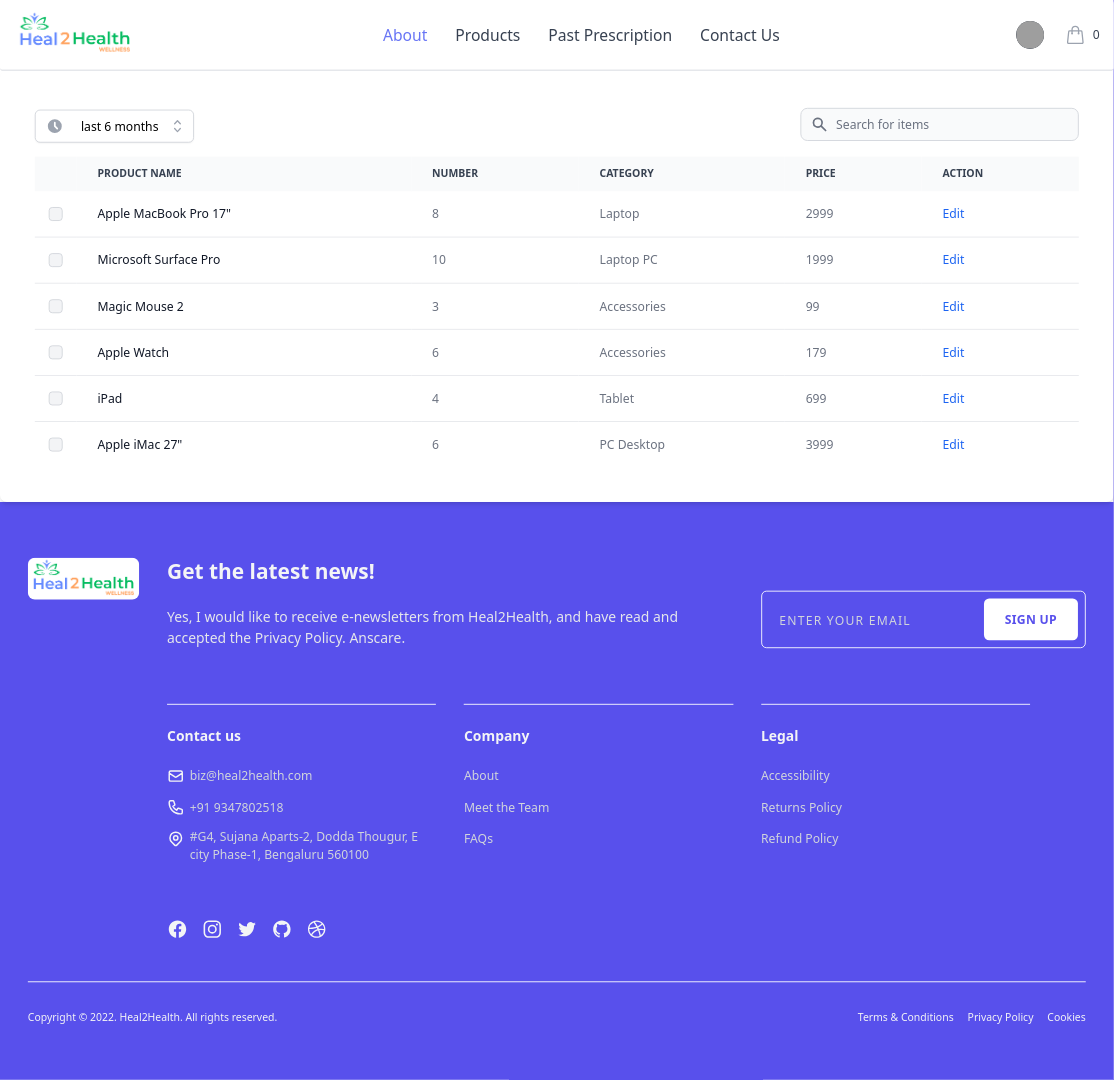
Repository: Akash123-coder/H2H
Page: /PastPrescription (app in Frontend/)
These files come from the project's save history. The page is drawn as it stood at one moment and after the next save; the edit follows.
The browser window is 1280 px wide. The pictures show the whole page, at 87% of full size.
Pictures or frames that could not be fetched are drawn as grey boxes. The project was rebuilt for these pictures with package versions that can differ from the ones it lists, and the page was loaded fresh each time. Also part of the build but not shown: Frontend/vite.config.ts, Frontend/src/pages/About.tsx, Frontend/src/components/Cta.jsx, Frontend/src/pages/Home.jsx, Frontend/src/components/Buttonsm.tsx, Frontend/src/components/Buttonrm.tsx, Frontend/src/components/Product.tsx, Frontend/src/pages/Prescription.jsx and 2 more.

Above is the page before, as saved 2022-09-28 17:19:46.

### Frontend/index.html
<!DOCTYPE html>
<html lang="en">
  <head>
    <meta charset="UTF-8" />
    <link rel="icon" type="image/svg+xml" href="/vite.svg" />
    <meta name="viewport" content="width=device-width, initial-scale=1.0" />
    <title>Heal2Health</title>
  </head>
  <body>
    <div id="root"></div>
    <script type="module" src="/src/main.tsx"></script>
  </body>
</html>

### Frontend/src/main.tsx
import React from 'react'
import ReactDOM from 'react-dom/client'
import App from './App'
import './index.css'
import {BrowserRouter} from 'react-router-dom'

ReactDOM.createRoot(document.getElementById('root') as HTMLElement).render(
  <React.StrictMode>
    <BrowserRouter>
    <App />
    </BrowserRouter>
  </React.StrictMode>
)

### Frontend/src/App.jsx
import { Routes, Route } from "react-router-dom";
import Navbar from "./components/Navbar.jsx";
import { ShoppingCartProvider } from "./context/ShoppingCartContext";
import About from "./pages/About";
import Home from "./pages/Home";
import Prescription from "./pages/Prescription";
import SignUp from "./pages/SignUp";
import Footer from "./components/Footer";
import Login from "./pages/Login";
// import CompanyNameSelect from "./pages/CompanyNameSelect.jsx";
import PastPrescription from "./pages/PastPrescription.jsx";

function App() {
  return (
    <ShoppingCartProvider>
      <Navbar />
      <Routes>
        <Route path="/" element={<Home />} />
        <Route path="/prescription" element={<Prescription />} />
        <Route path="/about" element={<About />} />
        <Route path="/login" element={<Login />} />
        <Route path="/SignUp" element={<SignUp />} />
        <Route path="/PastPrescription" element={<PastPrescription />} />
        {/* <Route path="/SignUp" element={<CompanyNameSelect />} /> */}
      </Routes>
      <Footer />
    </ShoppingCartProvider>
  );
}

export default App;

### Frontend/src/context/ShoppingCartContext.tsx
import {useContext ,useState, createContext ,ReactNode} from 'react'

const ShoppingCartContext = createContext({})

type ShoppingCartProviderProps ={
    children: ReactNode
}
type CartItem = {
    id: number
    quantity:number
}


type ShoppingCartContext ={
    CartQuantity:number
    CartItems:CartItem[]
    getItemQuantity:(id: number) => number
    increaseItemQuantity:(id: number) => void
    decreaseItemQuantity:(id: number) => void
    removeFromCart:(id: number) => void
}

export function useShoppingCart() {
  return ( useContext(ShoppingCartContext)
  )
}

export function ShoppingCartProvider({children}:ShoppingCartProviderProps){
    const [cartItems ,setCartItems] = useState<CartItem>([]);

    const CartQuantity = cartItems.reduce(
        (quantity ,item) => item.quantity + quantity,0
    )

    function getItemQuantity(id : number){
        return cartItems.find( item => item.id === id)?.quantity || 0
    }
    function increaseItemQuantity(id : number){
         setCartItems(currItems =>{
            if(currItems.find(item => item.id === id)==null){
                return [...currItems, {id , quantity : 1}]

            } else {
                return currItems.map(item =>{
                    if(item.id === id ){
                        return {...item ,quantity: item.quantity + 1}
                    }else{
                        return item
                    }
                })
            }
         })
    }
    function decreaseItemQuantity(id: number) {
        setCartItems(currItems => {
          if (currItems.find(item => item.id === id)?.quantity === 1) {
            return currItems.filter(item => item.id !== id)
          } else {
            return currItems.map(item => {
              if (item.id === id) {
                return { ...item, quantity: item.quantity - 1 }
              } else {
                return item
              }
            })
          }
        })
      }
    function removeFromCart(id : number){
        setCartItems(currItems =>{
            return currItems.filter(item =>item.id!==id)
        })
    }
    return (

        <ShoppingCartContext.Provider value = {{getItemQuantity,increaseItemQuantity,decreaseItemQuantity ,removeFromCart,cartItems,CartQuantity}}>
            {children}
        </ShoppingCartContext.Provider>
    )
}

### Frontend/src/pages/PastPrescription.jsx
import React from 'react'
import Select from '../components/Select';

function PastPrescription() {
  return (
    <div>
      <div class="overflow-x-auto relative shadow-md sm:rounded-lg p-10">
        <div class="flex justify-between items-center pb-4">
          <Select/>
          <label for="table-search" class="sr-only">
            Search
          </label>
          <div class="relative">
            <div class="flex absolute inset-y-0 left-0 items-center pl-3 pointer-events-none">
              <svg
                class="w-5 h-5 text-gray-500 dark:text-gray-400"
                aria-hidden="true"
                fill="currentColor"
                viewBox="0 0 20 20"
                xmlns="http://www.w3.org/2000/svg"
              >
                <path
                  fill-rule="evenodd"
                  d="M8 4a4 4 0 100 8 4 4 0 000-8zM2 8a6 6 0 1110.89 3.476l4.817 4.817a1 1 0 01-1.414 1.414l-4.816-4.816A6 6 0 012 8z"
                  clip-rule="evenodd"
                ></path>
              </svg>
            </div>
            <input
              type="text"
              id="table-search"
              class="block p-2 pl-10 w-80 text-sm text-gray-900 bg-gray-50 rounded-lg border border-gray-300 focus:ring-blue-500 focus:border-blue-500 dark:bg-gray-700 dark:border-gray-600 dark:placeholder-gray-400 dark:text-white dark:focus:ring-blue-500 dark:focus:border-blue-500"
              placeholder="Search for items"
            />
          </div>
        </div>
        <table class="w-full text-sm text-left text-gray-500 dark:text-gray-400">
          <thead class="text-xs text-gray-700 uppercase bg-gray-50 dark:bg-gray-700 dark:text-gray-400">
            <tr>
              <th scope="col" class="p-4">
                <div class="flex items-center">

                  <label for="checkbox-all-search" class="sr-only">
                    checkbox
                  </label>
                </div>
              </th>
              <th scope="col" class="py-3 px-6">
                Product name
              </th>
              <th scope="col" class="py-3 px-6">
                Number
              </th>
              <th scope="col" class="py-3 px-6">
                Category
              </th>
              <th scope="col" class="py-3 px-6">
                Price
              </th>
              <th scope="col" class="py-3 px-6">
                Action
              </th>
            </tr>
          </thead>
          <tbody>
            <tr class="bg-white border-b dark:bg-gray-800 dark:border-gray-700 hover:bg-gray-50 dark:hover:bg-gray-600">
              <td class="p-4 w-4">
                <div class="flex items-center">
                  <input
                    id="checkbox-table-search-1"
                    type="checkbox"
                    class="w-4 h-4 text-blue-600 bg-gray-100 rounded border-gray-300 focus:ring-blue-500 dark:focus:ring-blue-600 dark:ring-offset-gray-800 focus:ring-2 dark:bg-gray-700 dark:border-gray-600"
                  />
                  <label for="checkbox-table-search-1" class="sr-only">
                    checkbox
                  </label>
                </div>
              </td>
              <th
                scope="row"
                class="py-4 px-6 font-medium text-gray-900 whitespace-nowrap dark:text-white"
              >
                Apple MacBook Pro 17"
              </th>
              <td class="py-4 px-6">8</td>
              <td class="py-4 px-6">Laptop</td>
              <td class="py-4 px-6">2999</td>
              <td class="py-4 px-6">
                <a
                  href="#"
                  class="font-medium text-blue-600 dark:text-blue-500 hover:underline"
                >
                  Edit
                </a>
              </td>
            </tr>
            <tr class="bg-white border-b dark:bg-gray-800 dark:border-gray-700 hover:bg-gray-50 dark:hover:bg-gray-600">
              <td class="p-4 w-4">
                <div class="flex items-center">
                  <input
                    id="checkbox-table-search-2"
                    type="checkbox"
                    class="w-4 h-4 text-blue-600 bg-gray-100 rounded border-gray-300 focus:ring-blue-500 dark:focus:ring-blue-600 dark:ring-offset-gray-800 focus:ring-2 dark:bg-gray-700 dark:border-gray-600"
                  />
                  <label for="checkbox-table-search-2" class="sr-only">
                    checkbox
                  </label>
                </div>
              </td>
              <th
                scope="row"
                class="py-4 px-6 font-medium text-gray-900 whitespace-nowrap dark:text-white"
              >
                Microsoft Surface Pro
              </th>
              <td class="py-4 px-6">10</td>
              <td class="py-4 px-6">Laptop PC</td>
              <td class="py-4 px-6">1999</td>
              <td class="py-4 px-6">
                <a
                  href="#"
                  class="font-medium text-blue-600 dark:text-blue-500 hover:underline"
                >
                  Edit
                </a>
              </td>
            </tr>
            <tr class="bg-white border-b dark:bg-gray-800 dark:border-gray-700 hover:bg-gray-50 dark:hover:bg-gray-600">
              <td class="p-4 w-4">
                <div class="flex items-center">
                  <input
                    id="checkbox-table-search-3"
                    type="checkbox"
                    class="w-4 h-4 text-blue-600 bg-gray-100 rounded border-gray-300 focus:ring-blue-500 dark:focus:ring-blue-600 dark:ring-offset-gray-800 focus:ring-2 dark:bg-gray-700 dark:border-gray-600"
                  />
                  <label for="checkbox-table-search-3" class="sr-only">
                    checkbox
                  </label>
                </div>
              </td>
              <th
                scope="row"
                class="py-4 px-6 font-medium text-gray-900 whitespace-nowrap dark:text-white"
              >
                Magic Mouse 2
              </th>
              <td class="py-4 px-6">3</td>
              <td class="py-4 px-6">Accessories</td>
              <td class="py-4 px-6">99</td>
              <td class="py-4 px-6">
                <a
                  href="#"
                  class="font-medium text-blue-600 dark:text-blue-500 hover:underline"
                >
                  Edit
                </a>
              </td>
            </tr>
            <tr class="bg-white border-b dark:bg-gray-800 dark:border-gray-700 hover:bg-gray-50 dark:hover:bg-gray-600">
              <td class="p-4 w-4">
                <div class="flex items-center">
                  <input
                    id="checkbox-table-3"
                    type="checkbox"
                    class="w-4 h-4 text-blue-600 bg-gray-100 rounded border-gray-300 focus:ring-blue-500 dark:focus:ring-blue-600 dark:ring-offset-gray-800 focus:ring-2 dark:bg-gray-700 dark:border-gray-600"
                  />
                  <label for="checkbox-table-3" class="sr-only">
                    checkbox
                  </label>
                </div>
              </td>
              <th
                scope="row"
                class="py-4 px-6 font-medium text-gray-900 whitespace-nowrap dark:text-white"
              >
                Apple Watch
              </th>
              <td class="py-4 px-6">6</td>
              <td class="py-4 px-6">Accessories</td>
              <td class="py-4 px-6">179</td>
              <td class="py-4 px-6">
                <a
                  href="#"
                  class="font-medium text-blue-600 dark:text-blue-500 hover:underline"
                >
                  Edit
                </a>
              </td>
            </tr>
            <tr class="bg-white border-b dark:bg-gray-800 dark:border-gray-700 hover:bg-gray-50 dark:hover:bg-gray-600">
              <td class="p-4 w-4">
                <div class="flex items-center">
                  <input
                    id="checkbox-table-3"
                    type="checkbox"
                    class="w-4 h-4 text-blue-600 bg-gray-100 rounded border-gray-300 focus:ring-blue-500 dark:focus:ring-blue-600 dark:ring-offset-gray-800 focus:ring-2 dark:bg-gray-700 dark:border-gray-600"
                  />
                  <label for="checkbox-table-3" class="sr-only">
                    checkbox
                  </label>
                </div>
              </td>
              <th
                scope="row"
                class="py-4 px-6 font-medium text-gray-900 whitespace-nowrap dark:text-white"
              >
                iPad
              </th>
              <td class="py-4 px-6">4</td>
              <td class="py-4 px-6">Tablet</td>
              <td class="py-4 px-6">699</td>
              <td class="py-4 px-6">
                <a
                  href="#"
                  class="font-medium text-blue-600 dark:text-blue-500 hover:underline"
                >
                  Edit
                </a>
              </td>
            </tr>
            <tr class="bg-white dark:bg-gray-800 hover:bg-gray-50 dark:hover:bg-gray-600">
              <td class="p-4 w-4">
                <div class="flex items-center">
                  <input
                    id="checkbox-table-3"
                    type="checkbox"
                    class="w-4 h-4 text-blue-600 bg-gray-100 rounded border-gray-300 focus:ring-blue-500 dark:focus:ring-blue-600 dark:ring-offset-gray-800 focus:ring-2 dark:bg-gray-700 dark:border-gray-600"
                  />
                  <label for="checkbox-table-3" class="sr-only">
                    checkbox
                  </label>
                </div>
              </td>
              <th
                scope="row"
                class="py-4 px-6 font-medium text-gray-900 whitespace-nowrap dark:text-white"
              >
                Apple iMac 27"
              </th>
              <td class="py-4 px-6">6</td>
              <td class="py-4 px-6">PC Desktop</td>
              <td class="py-4 px-6">3999</td>
              <td class="py-4 px-6">
                <a
                  href="#"
                  class="font-medium text-blue-600 dark:text-blue-500 hover:underline"
                >
                  Edit
                </a>
              </td>
            </tr>
          </tbody>
        </table>
      </div>
    </div>
  );
}

export default PastPrescription

### Frontend/src/components/Select.jsx
/* This example requires Tailwind CSS v2.0+ */
import { Fragment, useState } from "react";
import { Listbox, Transition } from "@headlessui/react";
import { CheckIcon, ChevronUpDownIcon } from "@heroicons/react/20/solid";

const people = [
  {
    id: 1,
    name: " last 30 days",
  },
  {
    id: 2,
    name: "last day",
    avatar:
      "https://images.unsplash.com/photo-1550525811-e5869dd03032?ixlib=rb-1.2.1&auto=format&fit=facearea&facepad=2&w=256&h=256&q=80",
  },
  {
    id: 3,
    name: "last 7 days",
    avatar:
      "https://images.unsplash.com/photo-1500648767791-00dcc994a43e?ixlib=rb-1.2.1&ixid=eyJhcHBfaWQiOjEyMDd9&auto=format&fit=facearea&facepad=2.25&w=256&h=256&q=80",
  },
  {
    id: 4,
    name: "last 6 months",
    avatar:
      "https://images.unsplash.com/photo-1472099645785-5658abf4ff4e?ixlib=rb-1.2.1&ixid=eyJhcHBfaWQiOjEyMDd9&auto=format&fit=facearea&facepad=2&w=256&h=256&q=80",
  },
];

function classNames(...classes) {
  return classes.filter(Boolean).join(" ");
}

export default function Select() {
  const [selected, setSelected] = useState(people[3]);

  return (
    <Listbox value={selected} onChange={setSelected}>
      {({ open }) => (
        <>
          <div className="relative mt-1">
            <Listbox.Button className="relative w-full  cursor-default rounded-md border border-gray-300 bg-white py-2 pl-3 pr-10 text-left shadow-sm focus:border-indigo-500 focus:outline-none focus:ring-1 focus:ring-indigo-500 sm:text-sm">
              <span className="flex items-center">
                <svg
                  class="mr-2 w-5 h-5 text-gray-400"
                  aria-hidden="true"
                  fill="currentColor"
                  viewBox="0 0 20 20"
                  xmlns="http://www.w3.org/2000/svg"
                >
                  <path
                    fill-rule="evenodd"
                    d="M10 18a8 8 0 100-16 8 8 0 000 16zm1-12a1 1 0 10-2 0v4a1 1 0 00.293.707l2.828 2.829a1 1 0 101.415-1.415L11 9.586V6z"
                    clip-rule="evenodd"
                  ></path>
                </svg>
                <span className="ml-3 block truncate">{selected.name}</span>
              </span>
              <span className="pointer-events-none absolute inset-y-0 right-0 ml-3 flex items-center pr-2">
                <ChevronUpDownIcon
                  className="h-5 w-5 text-gray-400"
                  aria-hidden="true"
                />
              </span>
            </Listbox.Button>

            <Transition
              show={open}
              as={Fragment}
              leave="transition ease-in duration-100"
              leaveFrom="opacity-100"
              leaveTo="opacity-0"
            >
              <Listbox.Options className="absolute z-10 mt-1 max-h-56 w-full overflow-auto rounded-md bg-white py-1 text-base shadow-lg ring-1 ring-black ring-opacity-5 focus:outline-none sm:text-sm">
                {people.map((person) => (
                  <Listbox.Option
                    key={person.id}
                    className={({ active }) =>
                      classNames(
                        active ? "text-white bg-indigo-600" : "text-gray-900",
                        "relative cursor-default select-none py-2 pl-3 pr-9"
                      )
                    }
                    value={person}
                  >
                    {({ selected, active }) => (
                      <>
                        <div className="flex items-center">

                          <span
                            className={classNames(
                              selected ? "font-semibold" : "font-normal",
                              "ml-3 block truncate"
                            )}
                          >
                            {person.name}
                          </span>
                        </div>

                        {selected ? (
                          <span
                            className={classNames(
                              active ? "text-white" : "text-indigo-600",
                              "absolute inset-y-0 right-0 flex items-center pr-4"
                            )}
                          >
                            <CheckIcon className="h-5 w-5" aria-hidden="true" />
                          </span>
                        ) : null}
                      </>
                    )}
                  </Listbox.Option>
                ))}
              </Listbox.Options>
            </Transition>
          </div>
        </>
      )}
    </Listbox>
  );
}

### Frontend/tailwind.config.cjs
/** @type {import('tailwindcss').Config} */
module.exports = {
  content: [
    "./src/**/*.{js,jsx,ts,tsx}",
    "node_modules/flowbite-react/**/*.{js,jsx,ts,tsx}",
  ],
  theme: {
    extend: {},
  },
  plugins: [require("flowbite/plugin"), require("@tailwindcss/forms")],
};

Loaded but not shown: Frontend/src/index.css (common file); Frontend/src/components/Footer.jsx (300 lines, source omitted); Frontend/src/pages/Cart.jsx (227 lines, source omitted); Frontend/src/components/Navbar.jsx (182 lines, source omitted)

After the next save:
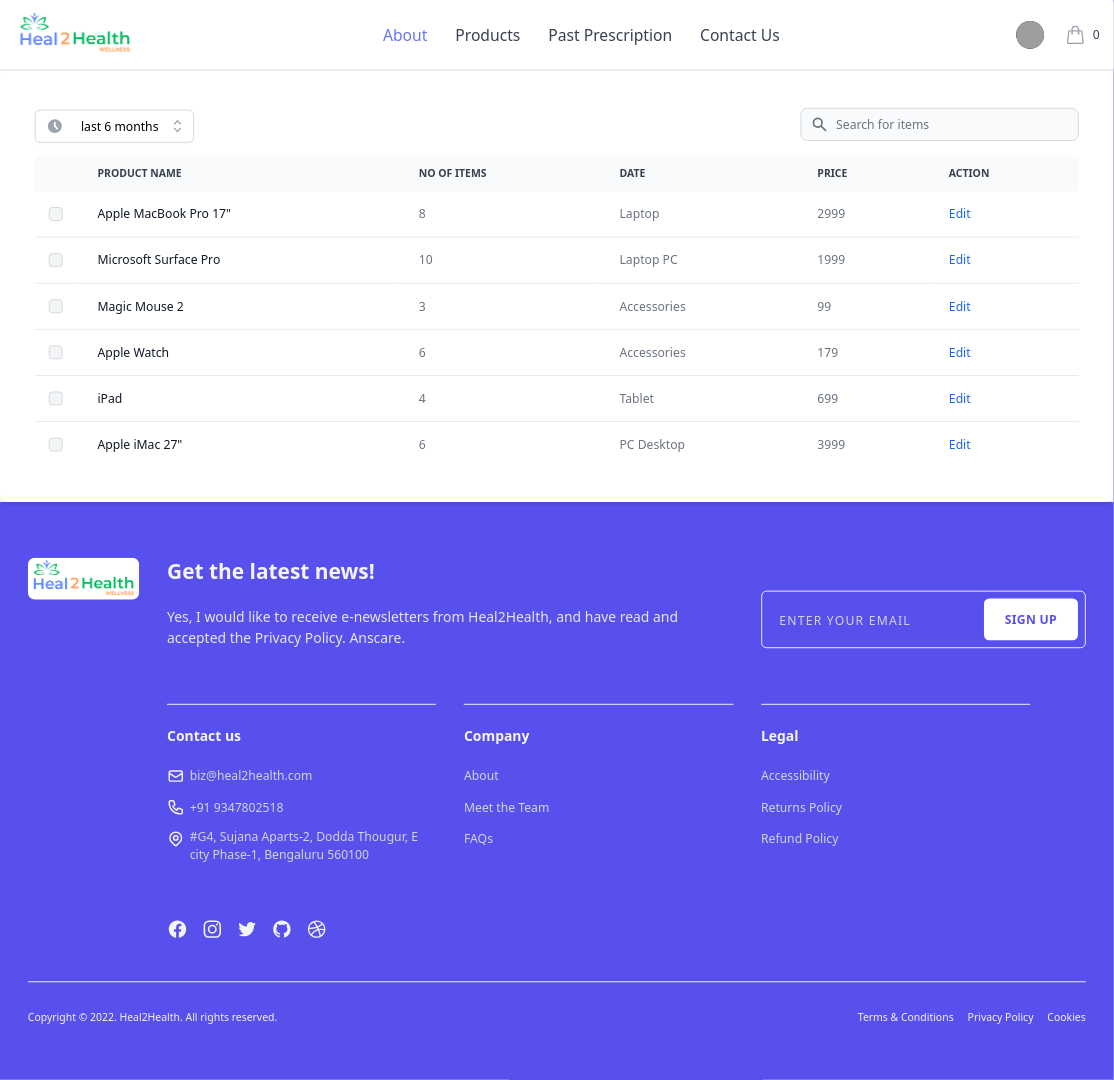
Saved 2 min 57 s later.
--- a/Frontend/src/pages/PastPrescription.jsx
+++ b/Frontend/src/pages/PastPrescription.jsx
@@ -49,10 +49,10 @@ function PastPrescription() {
                 Product name
               </th>
               <th scope="col" class="py-3 px-6">
-                Number
-              </th>
-              <th scope="col" class="py-3 px-6">
-                Category
+                No of items
+              </th>
+              <th scope="col" class="py-3 px-6">
+                Date
               </th>
               <th scope="col" class="py-3 px-6">
                 Price
